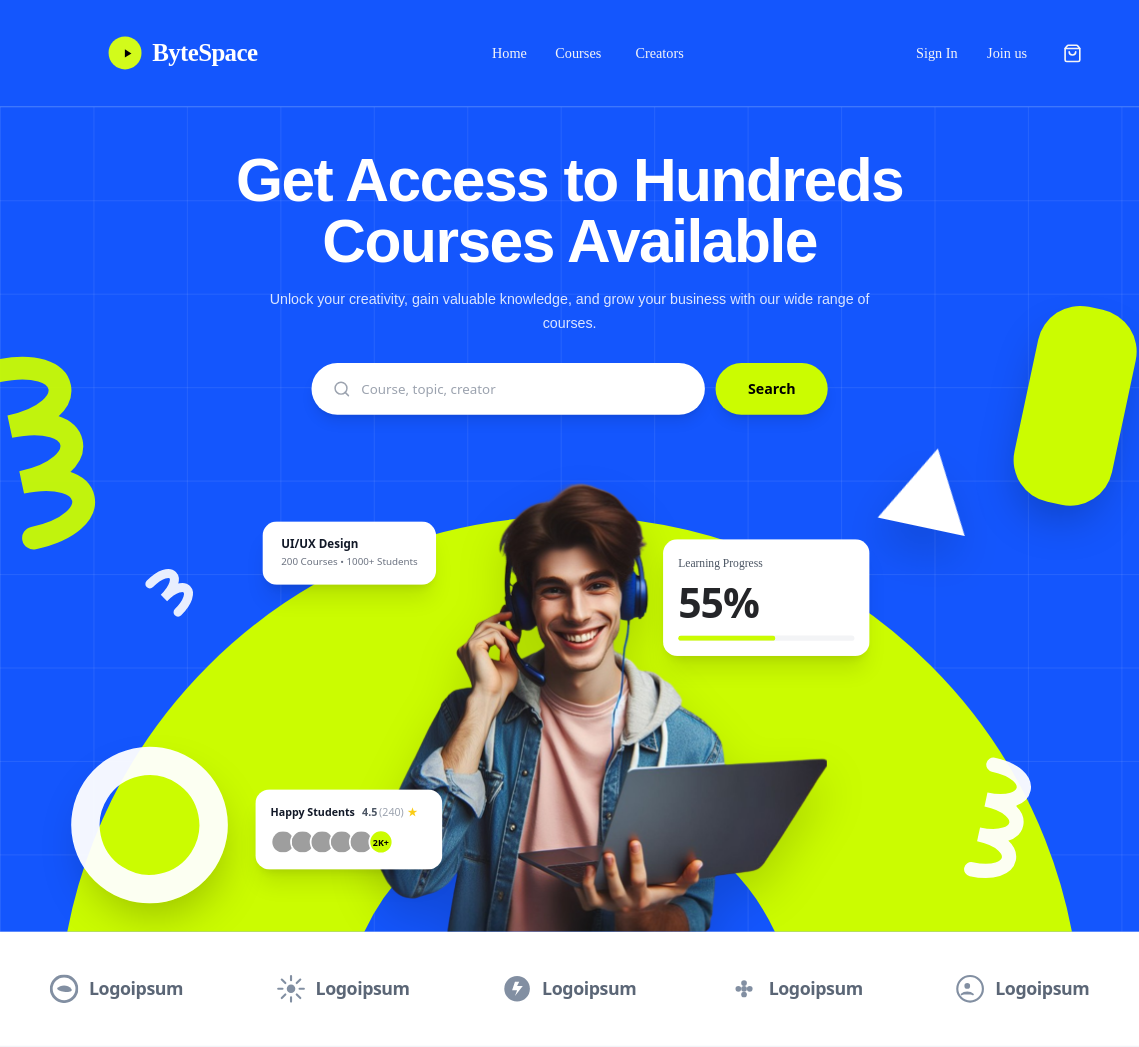
Repository: mdkawsarjomadder/bytespace
Page: /
These files come from the project's save history. The page is drawn as it stood at one moment and after the next save; the edit follows.
The browser window is 1280 px wide. The pictures show the whole page, at 89% of full size.
Pictures or frames that could not be fetched are drawn as grey boxes. Some web fonts or font styles are not loaded; a fallback is used. The project was rebuilt for these pictures with package versions that can differ from the ones it lists, and the page was loaded fresh each time. Also part of the build but not shown: vite.config.js.

Above is the page before, as saved 2026-09-29 19:06:25.

### index.html
<!doctype html>
<html lang="en">
  <head>
    <meta charset="UTF-8" />
    <link rel="icon" type="image/svg+xml" href="/favicon.svg" />
    <meta name="viewport" content="width=device-width, initial-scale=1.0" />
    <title>bytespace</title>
  </head>
  <body>
    <div id="root"></div>
    <script type="module" src="/src/main.jsx"></script>
    <link href="https://api.fontshare.com/v2/css?f[]=satoshi@400,500,700&display=swap" rel="stylesheet">
  </body>
</html>

### src/App.jsx
import React from 'react';
import Navbar from './components/Navbar';
import Hero from './components/Hero';

function App() {
  return (
    <div className="min-h-screen bg-gray-50 font-sans">
      <Navbar />
      <Hero />
    </div>
  );
}

export default App;

### src/components/Navbar.jsx
import React from 'react';
import { ShoppingBag } from 'lucide-react';

const Navbar = () => {
  return (
    <header className="w-full h-[120px] bg-[#1456fd] border-b border-blue-400/20 pl-[122px] pr-16 flex items-center justify-between relative z-50">
      {/* 1. Brand Logo (Figma Specs: 171px x 37px) */}
      <div
        className="w-[171px] h-[37px] flex items-center gap-3 cursor-pointer select-none"
        style={{ opacity: 1 }}
      >
        {/* Play Icon Logo */}
        <div className="w-[37px] h-[37px] rounded-full bg-[#d2fb1b] flex items-center justify-center shrink-0">
          <svg
            className="w-4 h-4 text-black fill-current translate-x-0.5"
            viewBox="0 0 24 24"
          >
            <path d="M8 5v14l11-7z" />
          </svg>
        </div>
        {/* Logo Text */}
        <span className="text-[28px] font-bold tracking-tight text-white leading-none font-['Satoshi']">
          ByteSpace
        </span>
      </div>

      {/* 2. Navigation Links */}
      <nav className="hidden md:flex items-center gap-8 font-['Satoshi']">
        <a
          href="#home"
          className="text-[#F5F5F6] text-[16px] leading-[160%] font-normal hover:text-[#d2fb1b] transition-colors"
        >
          Home
        </a>
        <a
          href="#courses"
          className="w-[58px] h-[26px] flex items-center text-[#F5F5F6] text-[16px] leading-[160%] font-normal hover:text-[#d2fb1b] transition-colors"
          style={{ opacity: 1 }}
        >
          Courses
        </a>
        <a
          href="#creators"
          className="text-[#F5F5F6] text-[16px] leading-[160%] font-normal hover:text-[#d2fb1b] transition-colors"
        >
          Creators
        </a>
      </nav>

      {/* 3. Action Buttons & Cart */}
      <div className="flex items-center gap-6 font-['Satoshi']">
        <button
          className="w-[49px] h-[24px] flex items-center justify-center text-[#F5F5F6] text-[16px] leading-[24px] font-normal hover:text-white/80 transition-colors"
          style={{ opacity: 1 }}
        >
          Sign In
        </button>
        <button
          className="h-[24px] px-2 flex items-center justify-center text-[#F5F5F6] text-[16px] leading-[24px] font-normal hover:text-white/80 transition-colors"
          style={{ opacity: 1 }}
        >
          Join us
        </button>
        <button className="text-[#F5F5F6] hover:text-[#d2fb1b] transition-colors flex items-center justify-center ml-2">
          <ShoppingBag size={22} strokeWidth={2} />
        </button>
      </div>
    </header>
  );
};

export default Navbar;

### src/components/Hero.jsx
import React from 'react';
import { Search } from 'lucide-react';
import One1 from '../assets/01.png';

const Hero = () => {
  // 5টি Logoipsum পার্টনার লোগো
  const partners = [
    {
      id: 1,
      name: 'Logoipsum',
      icon: (
        <svg className="w-8 h-8 fill-slate-500" viewBox="0 0 40 40">
          <circle cx="20" cy="20" r="18" fill="none" stroke="currentColor" strokeWidth="4" />
          <path d="M10 20c5-6 15-6 20 0s-15 6-20 0z" fill="currentColor" />
        </svg>
      ),
    },
    {
      id: 2,
      name: 'Logoipsum',
      icon: (
        <svg className="w-8 h-8 fill-slate-500" viewBox="0 0 40 40">
          <circle cx="20" cy="20" r="6" fill="currentColor" />
          <path d="M20 2v6M20 32v6M2 20h6M32 20h6M7 7l5 5M28 28l5 5M7 33l5-5M28 12l5-5" stroke="currentColor" strokeWidth="3" strokeLinecap="round" />
        </svg>
      ),
    },
    {
      id: 3,
      name: 'Logoipsum',
      icon: (
        <svg className="w-8 h-8 fill-slate-500" viewBox="0 0 40 40">
          <circle cx="20" cy="20" r="18" fill="currentColor" />
          <path d="M17 10l-4 12h7l-3 8 11-14h-8l3-6z" fill="#FFFFFF" />
        </svg>
      ),
    },
    {
      id: 4,
      name: 'Logoipsum',
      icon: (
        <svg className="w-8 h-8 fill-slate-500" viewBox="0 0 40 40">
          <circle cx="20" cy="12" r="4" fill="currentColor" />
          <circle cx="20" cy="28" r="4" fill="currentColor" />
          <circle cx="12" cy="20" r="4" fill="currentColor" />
          <circle cx="28" cy="20" r="4" fill="currentColor" />
          <circle cx="20" cy="20" r="4" fill="currentColor" />
        </svg>
      ),
    },
    {
      id: 5,
      name: 'Logoipsum',
      icon: (
        <svg className="w-8 h-8 fill-slate-500" viewBox="0 0 40 40">
          <circle cx="20" cy="20" r="18" fill="none" stroke="currentColor" strokeWidth="3" />
          <circle cx="16" cy="16" r="4" fill="currentColor" />
          <path d="M8 28c4-4 12-4 16 0" stroke="currentColor" strokeWidth="2.5" strokeLinecap="round" />
        </svg>
      ),
    },
  ];

  return (
    <div className="w-full flex flex-col items-center">
      {/* ================= HERO BLUE SECTION ================= */}
      <section className="relative w-full bg-[#1456fd] overflow-hidden pt-12 pb-0 text-white flex flex-col items-center">
        {/* 1. Background Grid Pattern */}
        <div className="absolute inset-0 bg-[linear-gradient(to_right,#ffffff15_1px,transparent_1px),linear-gradient(to_bottom,#ffffff15_1px,transparent_1px)] bg-[size:105px_105px] pointer-events-none" />

        {/* 2. Ellipse 7 Background Ring */}
        <div
          className="absolute rounded-full pointer-events-none z-0"
          style={{
            width: '1149px',
            height: '1149px',
            top: '460px',
            left: '50%',
            transform: 'translateX(-50%)',
            border: '320px solid #CBFC01',
            boxSizing: 'border-box',
          }}
        />

        {/* 3. 3D Abstract Elements */}
        {/* Left Lime Spring */}
        <div className="absolute left-[-15px] top-64 w-32 h-64 pointer-events-none hidden xl:block -rotate-12 opacity-95">
          <svg viewBox="0 0 120 240" fill="none" className="w-full h-full stroke-[#CBFC01]" strokeWidth="24" strokeLinecap="round">
            <path d="M 30 30 C 110 30, 110 90, 30 90 C 110 90, 110 150, 30 150 C 110 150, 110 210, 30 210" />
          </svg>
        </div>

        {/* Left Small White Spring */}
        <div className="absolute left-44 top-[500px] w-14 h-24 pointer-events-none hidden xl:block -rotate-45 opacity-90">
          <svg viewBox="0 0 100 160" fill="none" className="w-full h-full stroke-white" strokeWidth="18" strokeLinecap="round">
            <path d="M 20 20 C 80 20, 80 60, 20 60 C 80 60, 80 100, 20 100" />
          </svg>
        </div>

        {/* Left 3D Donut */}
        <div className="absolute left-20 bottom-8 w-44 h-44 rounded-full border-[32px] border-white/95 shadow-2xl pointer-events-none hidden xl:block -rotate-12" />

        {/* Right Lime Cylinder */}
        <div className="absolute right-4 top-56 w-28 h-56 bg-[#CBFC01] rounded-[48px] shadow-2xl pointer-events-none hidden xl:block rotate-12" />

        {/* Right White Pyramid */}
        <div className="absolute right-44 top-96 w-28 h-28 pointer-events-none hidden xl:block rotate-12 drop-shadow-2xl">
          <div className="w-0 h-0 border-l-[50px] border-l-transparent border-r-[50px] border-r-transparent border-b-[90px] border-b-white" />
        </div>

        {/* Right White Spring */}
        <div className="absolute right-28 bottom-12 w-20 h-40 pointer-events-none hidden xl:block rotate-12 opacity-95">
          <svg viewBox="0 0 100 180" fill="none" className="w-full h-full stroke-white" strokeWidth="20" strokeLinecap="round">
            <path d="M 20 20 C 85 20, 85 70, 20 70 C 85 70, 85 120, 20 120 C 85 120, 85 170, 20 170" />
          </svg>
        </div>

        {/* 4. Top Header & Search Area */}
        <div className="relative z-10 w-full max-w-[1200px] mx-auto px-4 flex flex-col items-center text-center">
          <h1 className="text-4xl sm:text-5xl md:text-[68px] font-bold tracking-tight text-white leading-[1.1] max-w-[980px] font-['Satoshi',sans-serif]">
            Get Access to Hundreds <br /> Courses Available
          </h1>

          <p className="mt-5 text-sm md:text-[16px] text-white/85 max-w-[700px] font-normal leading-relaxed font-['Satoshi',sans-serif]">
            Unlock your creativity, gain valuable knowledge, and grow your business with our wide range of courses.
          </p>

          <div className="mt-8 flex items-center justify-center gap-3 w-full max-w-[580px]">
            <div className="flex-1 bg-white rounded-full h-[58px] px-6 flex items-center gap-3 shadow-lg">
              <Search className="w-5 h-5 text-gray-400 shrink-0" />
              <input
                type="text"
                placeholder="Course, topic, creator"
                className="w-full bg-transparent text-gray-800 placeholder-gray-400 focus:outline-none text-[15px] font-medium"
              />
            </div>
            <button className="h-[58px] px-9 bg-[#CBFC01] hover:bg-[#b8e500] text-black font-semibold text-[16px] rounded-full shadow-lg transition-transform active:scale-95 shrink-0 cursor-pointer">
              Search
            </button>
          </div>
        </div>

        {/* 5. Hero Visual Area (Sitting flat at bottom edge) */}
        <div className="relative w-full max-w-[578px] h-[541px] flex justify-center items-end z-10 mt-10">
          <img
            src={One1}
            alt="Student Learning"
            className="w-[578px] h-[541px] object-contain block align-bottom select-none pointer-events-none drop-shadow-2xl"
          />

          {/* Floating Card: UI/UX Design */}
          <div className="absolute -left-14 top-[80px] z-30 bg-white text-black p-4 px-5 rounded-[16px] shadow-xl border border-white/40">
            <span className="text-[13px] font-bold text-gray-900 block leading-tight">UI/UX Design</span>
            <span className="text-[11px] text-gray-500 font-medium mt-1 block">200 Courses • 1000+ Students</span>
          </div>

          {/* Floating Card: Learning Progress (232x131px) */}
          <div
            className="absolute -right-12 top-[100px] z-20 bg-white text-black rounded-[16px] shadow-xl border border-white/40 flex flex-col justify-between"
            style={{
              width: '232px',
              height: '131px',
              padding: '16px',
              gap: '8px',
            }}
          >
            <span className="font-['Satoshi'] font-medium text-[13px] text-gray-600 block">
              Learning Progress
            </span>
            <span className="font-semibold text-[46px] leading-none tracking-tight text-[#242528] flex items-center">
              55%
            </span>
            <div className="w-full bg-gray-100 h-1.5 rounded-full overflow-hidden mt-1">
              <div className="bg-[#CBFC01] h-full w-[55%] rounded-full" />
            </div>
          </div>

          {/* Floating Card: Happy Students */}
          <div className="absolute -left-16 bottom-[70px] z-20 bg-white text-black p-4 rounded-[16px] shadow-xl border border-white/40 min-w-[210px]">
            <div className="flex items-center gap-2 mb-2.5">
              <span className="text-[12px] font-bold text-gray-900">Happy Students</span>
              <span className="text-[12px] font-semibold text-gray-600 flex items-center gap-0.5">
                4.5 <span className="text-gray-400 font-normal">(240)</span>
                <span className="text-yellow-400 text-xs ml-0.5">★</span>
              </span>
            </div>
            <div className="flex items-center -space-x-1.5">
              <img className="w-7 h-7 rounded-full border-2 border-white object-cover" src="https://images.unsplash.com/photo-1534528741775-53994a69daeb?auto=format&fit=crop&w=64&q=80" alt="avatar" />
              <img className="w-7 h-7 rounded-full border-2 border-white object-cover" src="https://images.unsplash.com/photo-1507003211169-0a1dd7228f2d?auto=format&fit=crop&w=64&q=80" alt="avatar" />
              <img className="w-7 h-7 rounded-full border-2 border-white object-cover" src="https://images.unsplash.com/photo-1494790108377-be9c29b29330?auto=format&fit=crop&w=64&q=80" alt="avatar" />
              <img className="w-7 h-7 rounded-full border-2 border-white object-cover" src="https://images.unsplash.com/photo-1500648767791-00dcc994a43e?auto=format&fit=crop&w=64&q=80" alt="avatar" />
              <img className="w-7 h-7 rounded-full border-2 border-white object-cover" src="https://images.unsplash.com/photo-1522075469751-3a6694fb2f61?auto=format&fit=crop&w=64&q=80" alt="avatar" />
              <div className="w-7 h-7 rounded-full bg-[#CBFC01] border-2 border-white flex items-center justify-center text-[10px] font-bold text-black shrink-0">
                2K+
              </div>
            </div>
          </div>
        </div>
      </section>

      {/* ================= PARTNER LOGOS SECTION ================= */}
      <section className="relative z-20 w-full bg-white py-12 border-b border-gray-100">
        <div className="max-w-[1200px] mx-auto px-4">
          <div className="flex flex-wrap items-center justify-between gap-8 md:gap-12 opacity-80 hover:opacity-100 transition-opacity">
            {partners.map((partner) => (
              <div key={partner.id} className="flex items-center gap-3 text-slate-700 select-none">
                <span className="text-slate-500 shrink-0">{partner.icon}</span>
                <span className="text-[20px] font-bold tracking-tight text-slate-700">
                  {partner.name}
                </span>
              </div>
            ))}
          </div>
        </div>
      </section>
    </div>
  );
};

export default Hero;

Loaded but not shown: src/main.jsx (common file); src/index.css (common file); tailwind.config.js (common file)

After the next save:
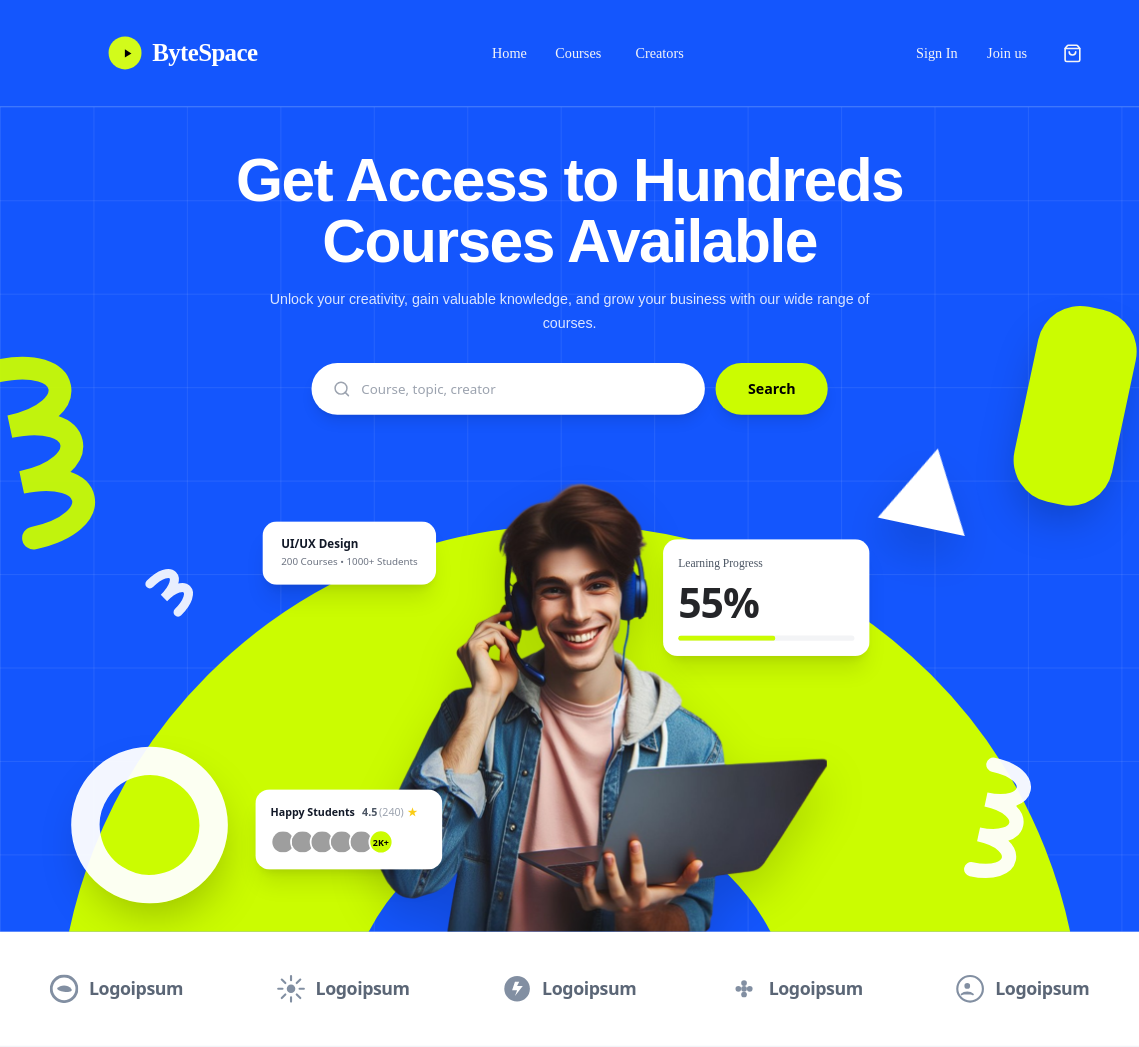
Saved 5 s later.
--- a/src/components/Hero.jsx
+++ b/src/components/Hero.jsx
@@ -74,7 +74,7 @@ const Hero = () => {
           style={{
             width: '1149px',
             height: '1149px',
-            top: '460px',
+            top: '470px',
             left: '50%',
             transform: 'translateX(-50%)',
             border: '320px solid #CBFC01',
